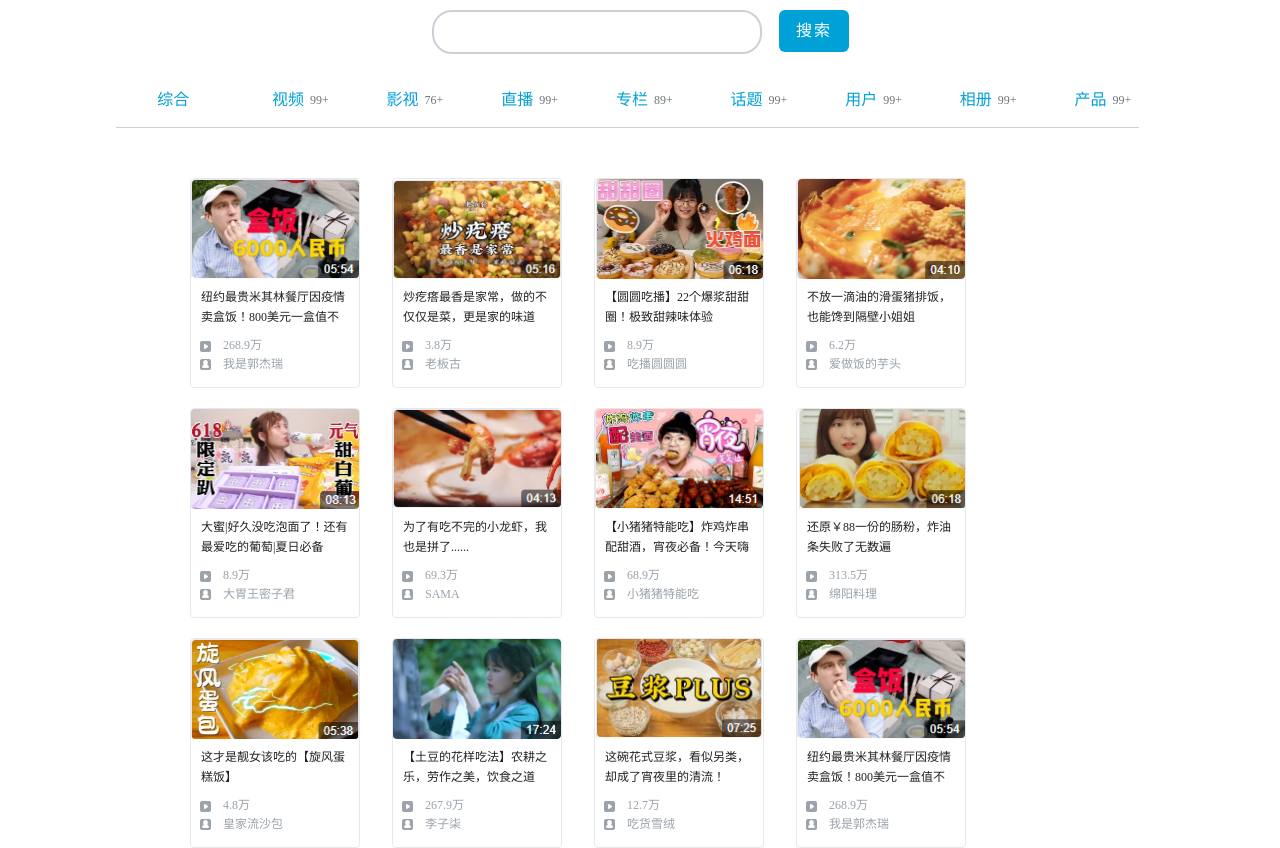
Repository: red-code-yl/web-project
Page: doc/food.html
These files come from the project's save history. The page is drawn as it stood at one moment and after the next save; the edit follows.
The browser window is 1280 px wide. The pictures show the whole page.

Above is the page before, as saved 2020-06-18 17:24:19.

After the next save:
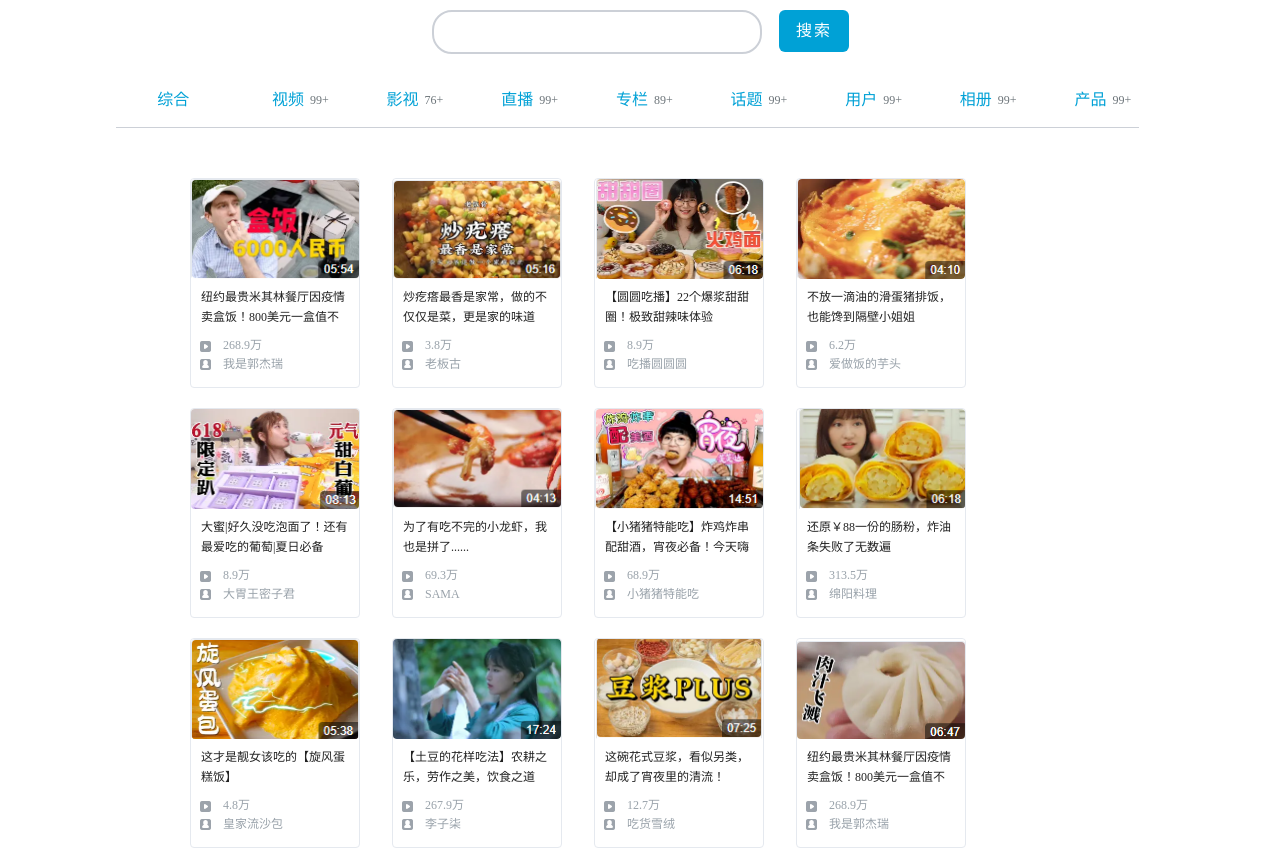
Saved 44 s later.
--- a/doc/food.html
+++ b/doc/food.html
@@ -402,7 +402,7 @@
                             <a href="#" title="" target="_blank" class="list-part-1">
                                 <div class="img">
                                     <div class="lazy-img">
-                                        <img alt src="../img/img-list1.png">
+                                        <img alt src="../img/img-list12.png">
                                     </div>
 
                                 </div>
